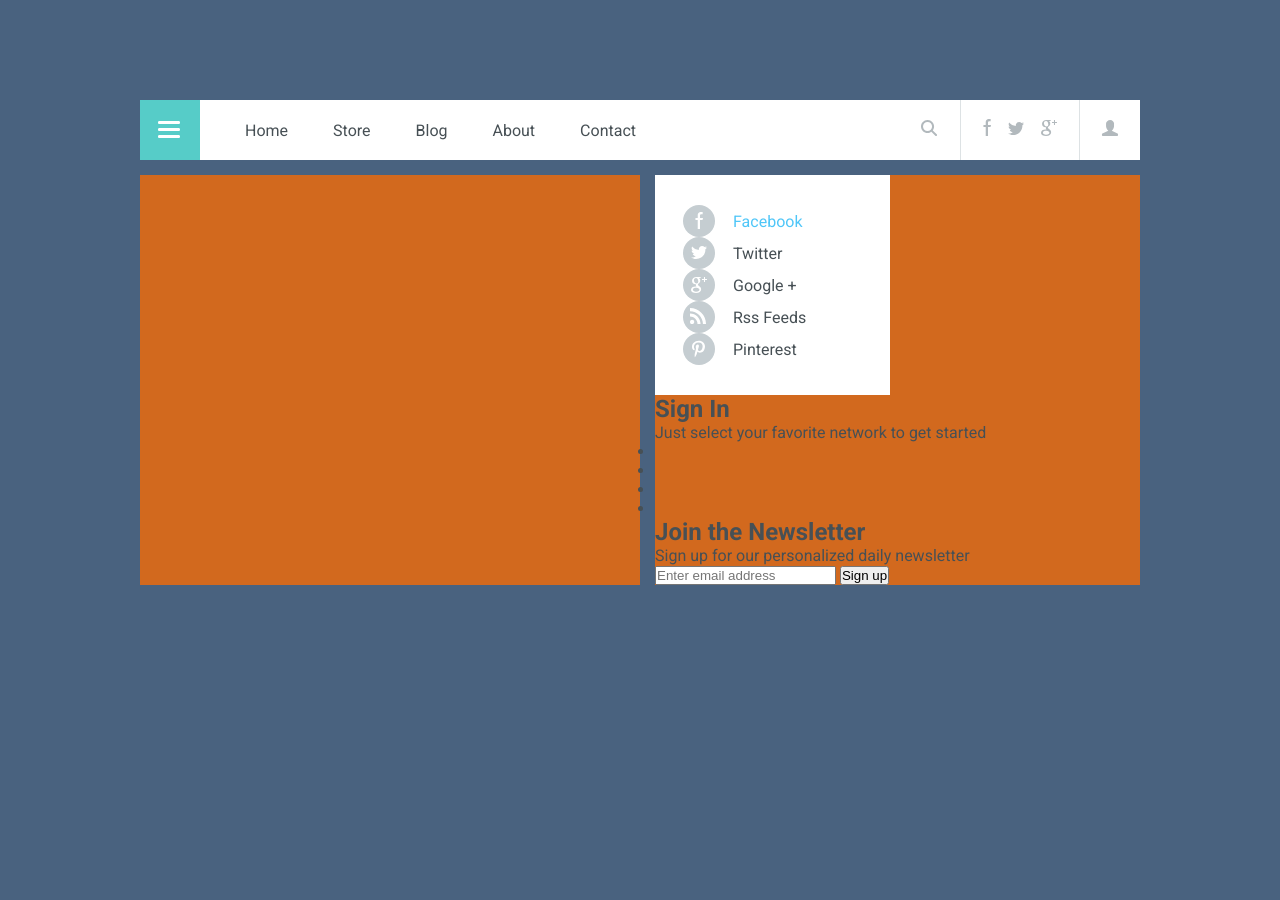
Repository: pawelczubak/WeeklyWebDevChallenge
Page: Challenge_4/index.html
These files come from the project's save history. The page is drawn as it stood at one moment and after the next save; the edit follows.
The browser window is 1280 px wide. The pictures show the whole page.
The pointer rests on the first visible `.socials-container__socials-link`.
Some web libraries are served in a nearby version.

Above is the page before, as saved 2020-04-27 20:45:07.

After the next save:
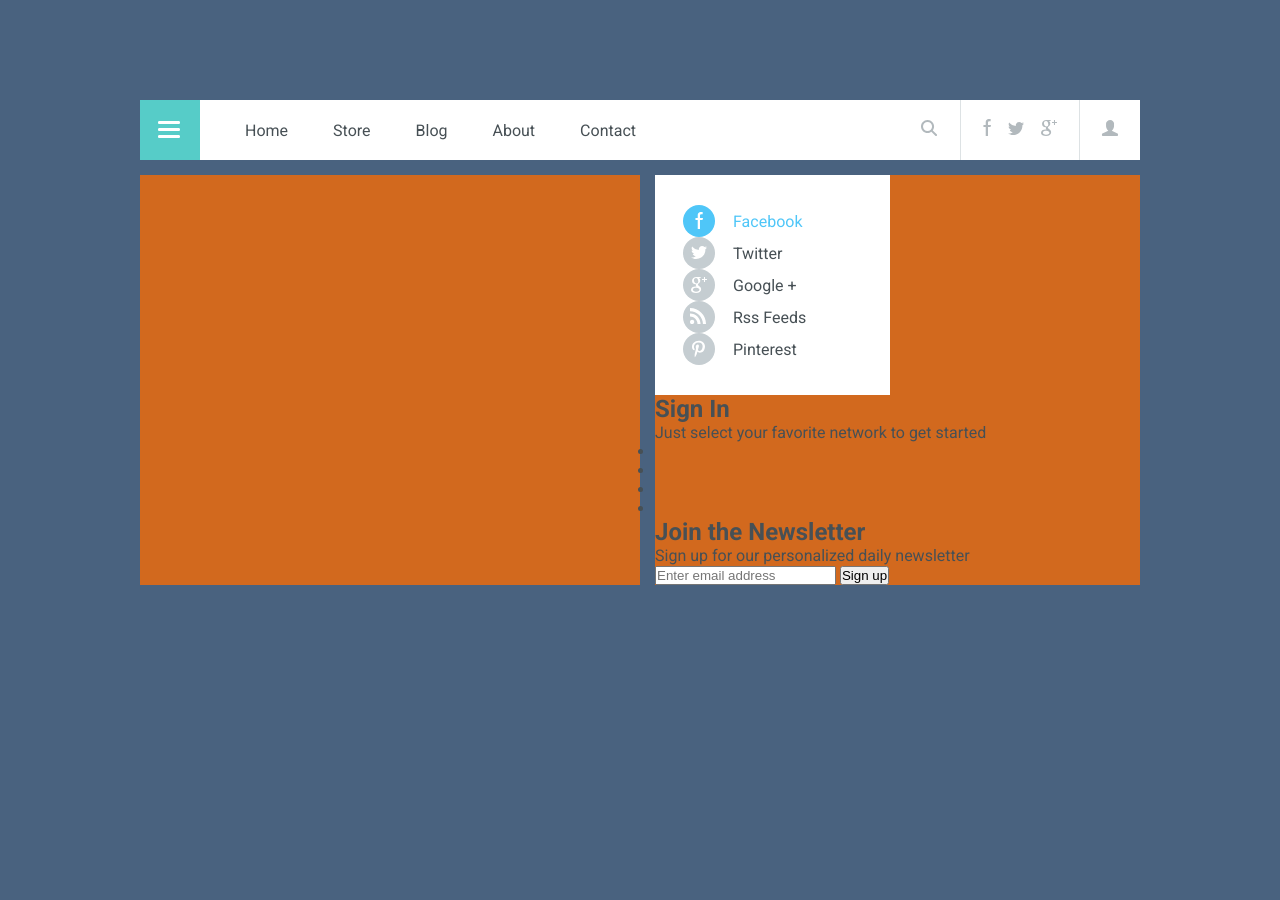
Saved 85 s later.
--- a/Challenge_4/css/main.css
+++ b/Challenge_4/css/main.css
@@ -190,6 +190,10 @@ body {
 
 .socials-container__socials-link:hover {
     color: #4fc6f8;
+}
+
+.socials-container__socials-link:hover .social-link__icon {
+    background-color: #4fc6f8;
 }
 
 .socials-container__follow-items {
